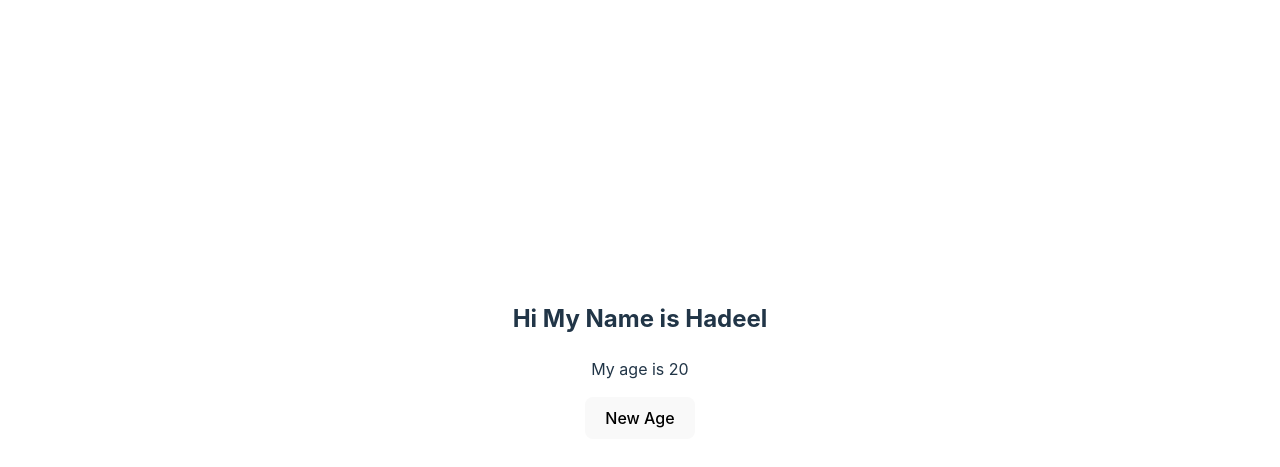
Repository: HadelAbdellatif/React_App5
Page: /
These files come from the project's save history. The page is drawn as it stood at one moment and after a run of saves; the edit follows.
The browser window is 1280 px wide. The pictures show the whole page.
The project was rebuilt for these pictures with package versions that can differ from the ones it lists, and the page was loaded fresh each time. Also part of the build but not shown: vite.config.js.

Above is the page before, as saved 2023-11-03 15:04:56.

### src/App.jsx
import { useState } from 'react'
import reactLogo from './assets/react.svg'
import viteLogo from '/vite.svg'
import './App.css'
import Product from './component/product/Product.jsx'


function App() {



  return (
    <>
    <Product />
    </>
  )
}

export default App

### src/component/product/Product.jsx
import React, { useState } from 'react'

export default function Product() {


  let [age, setAge] = useState(20);

  const newAge = (a) => {
    setAge(a);
  }

  return (
    <>
    <h2>Hi My Name is Hadeel</h2>
    <p>My age is {age}</p>
    <button onClick={() => newAge(10)}>New Age</button>

    </>
  )
}

Loaded but not shown: index.html (common file); src/main.jsx (common file); src/index.css (common file); src/App.css (common file)

After the next 2 saves:
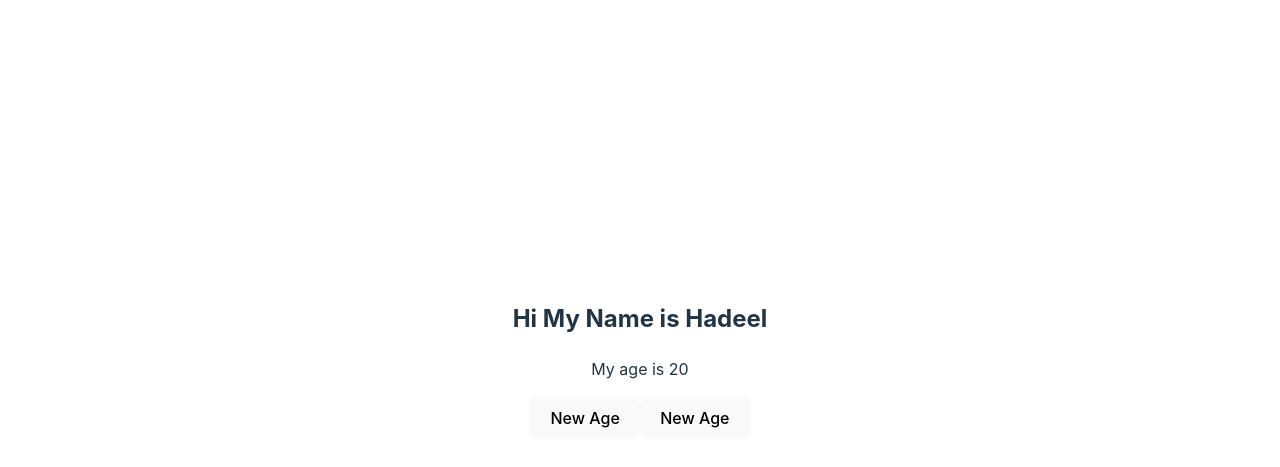
The 2 saves are shown as one change because they came seconds apart.
The last was saved 16 s later.
--- a/src/component/product/Product.jsx
+++ b/src/component/product/Product.jsx
@@ -14,6 +14,8 @@
     <h2>Hi My Name is Hadeel</h2>
     <p>My age is {age}</p>
     <button onClick={() => newAge(10)}>New Age</button>
+    <button onClick={() => newAge(100)}>New Age</button>
+
 
     </>
   )

After the save that followed:
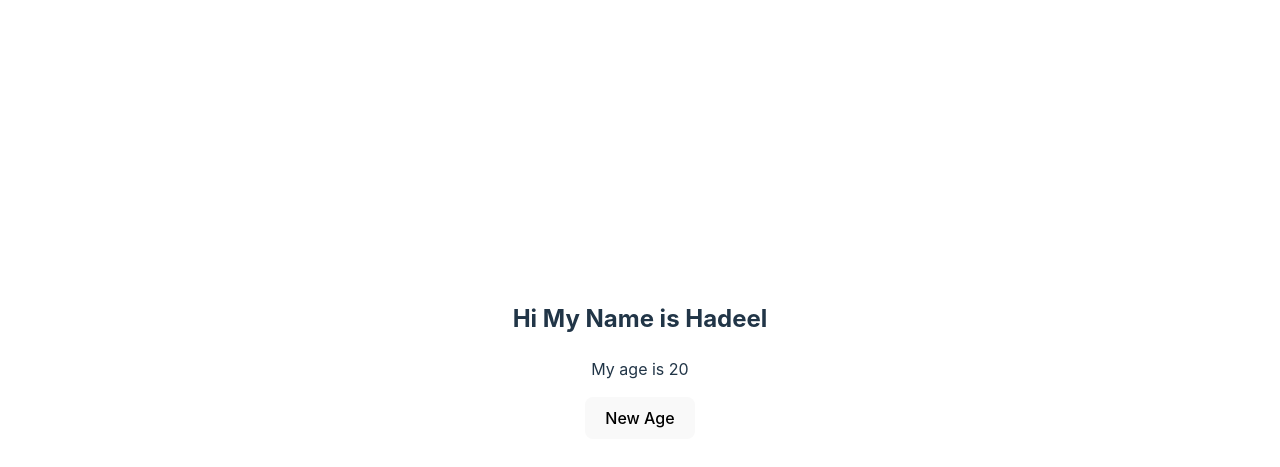
Saved 10 s later.
--- a/src/component/product/Product.jsx
+++ b/src/component/product/Product.jsx
@@ -14,8 +14,6 @@
     <h2>Hi My Name is Hadeel</h2>
     <p>My age is {age}</p>
     <button onClick={() => newAge(10)}>New Age</button>
-    <button onClick={() => newAge(100)}>New Age</button>
-
 
     </>
   )
